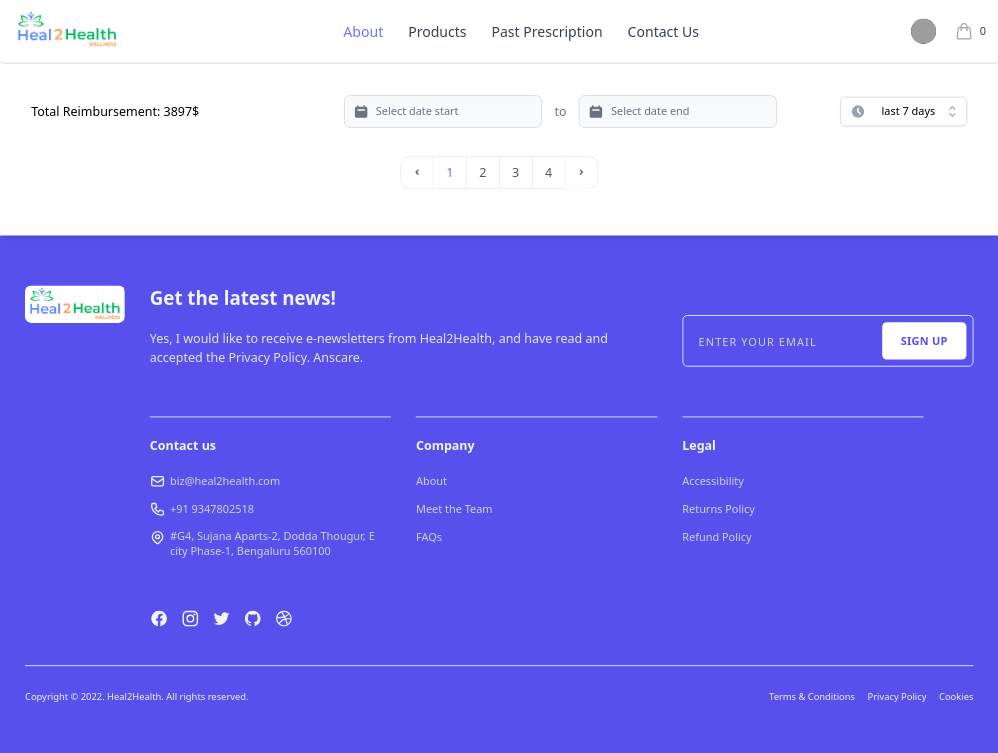
Repository: Akash123-coder/H2H
Page: /pastprescription (app in Frontend/)
These files come from the project's save history. The page is drawn as it stood at one moment and after the next save; the edit follows.
The browser window is 1280 px wide. The pictures show the whole page, at 78% of full size.
Pictures or frames that could not be fetched are drawn as grey boxes. The project was rebuilt for these pictures with package versions that can differ from the ones it lists, and the page was loaded fresh each time. Also part of the build but not shown: Frontend/vite.config.ts, Frontend/src/pages/About.tsx, Frontend/src/components/Cta.jsx, Frontend/src/pages/Home.jsx, Frontend/src/components/Product.tsx, Frontend/src/pages/Prescription.jsx, Frontend/src/pages/SignUp.jsx, Frontend/src/pages/Login.jsx and 1 more.

Above is the page before, as saved 2022-10-05 11:38:29.

After the next save:
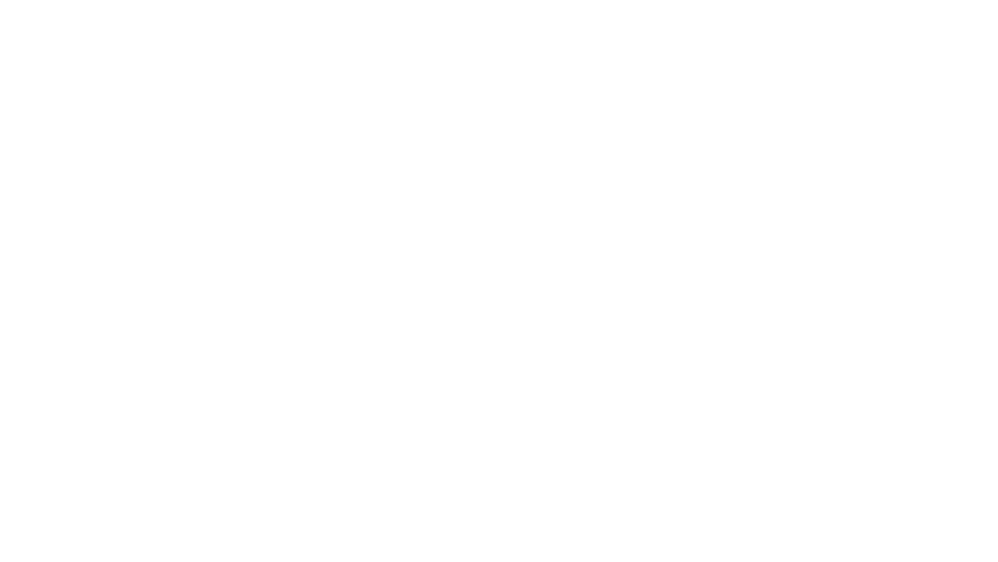
Console error: ReferenceError: AccodianData is not defined
Saved 48 s later.
--- a/Frontend/src/pages/PastPrescription.jsx
+++ b/Frontend/src/pages/PastPrescription.jsx
@@ -18,8 +18,7 @@
           <DatePickercomp />
           <Select />
         </div>
-
-
+        <AccodianData/>
         <div class="px-5 bg-white py-5 flex flex-col xs:flex-row items-center xs:justify-between">
           <div class="flex items-center">
             <button

After the 4 saves that followed:
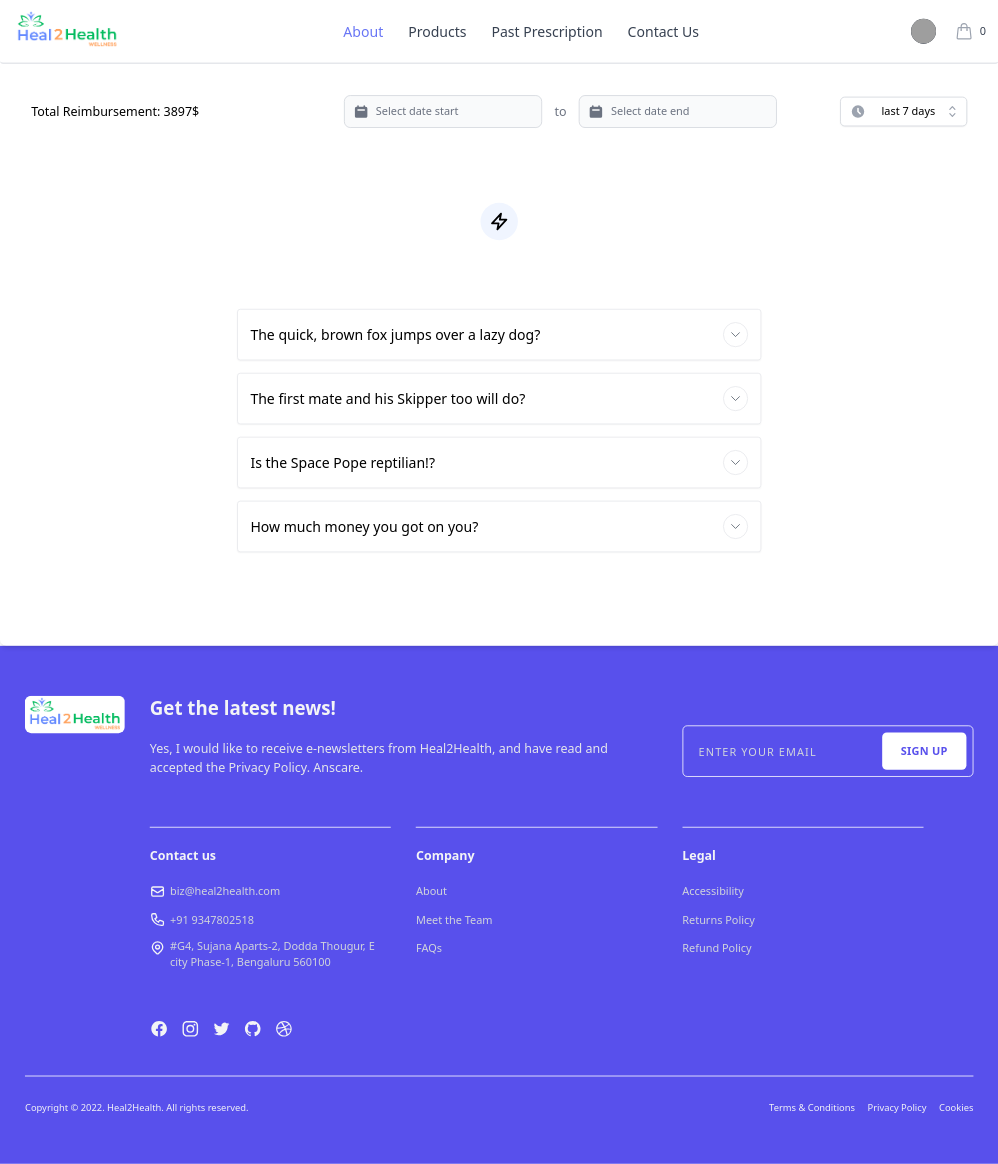
The error is gone.
The 4 saves are shown as one change because 3 left the picture as it was.
The last was saved 71 s later.
--- a/Frontend/src/pages/PastPrescription.jsx
+++ b/Frontend/src/pages/PastPrescription.jsx
@@ -1,4 +1,5 @@
 import React from 'react'
+import { AccodianData } from '../components/AccodianData';
 import DatePickercomp from '../components/DatePickercomp';
 import Select from '../components/Select';
 
@@ -19,7 +20,7 @@
           <Select />
         </div>
         <AccodianData/>
-        <div class="px-5 bg-white py-5 flex flex-col xs:flex-row items-center xs:justify-between">
+        {/* <div class="px-5 bg-white py-5 flex flex-col xs:flex-row items-center xs:justify-between">
           <div class="flex items-center">
             <button
               type="button"
@@ -76,7 +77,7 @@
               </svg>
             </button>
           </div>
-        </div>
+        </div> */}
       </div>
     </div>
   );
--- a/Frontend/src/components/AccodianData.jsx
+++ b/Frontend/src/components/AccodianData.jsx
@@ -1,3 +1,6 @@
+import { useState } from "react";
+
+
 const Item = ({ title, children }) => {
   const [isOpen, setIsOpen] = useState(false);
 
@@ -39,7 +42,7 @@ const Item = ({ title, children }) => {
   );
 };
 
-export const Faq = () => {
+export const AccodianData = () => {
   return (
     <div class="px-4 py-16 mx-auto sm:max-w-xl md:max-w-full lg:max-w-screen-xl md:px-24 lg:px-8 lg:py-20">
       <div class="max-w-xl sm:mx-auto lg:max-w-2xl">
